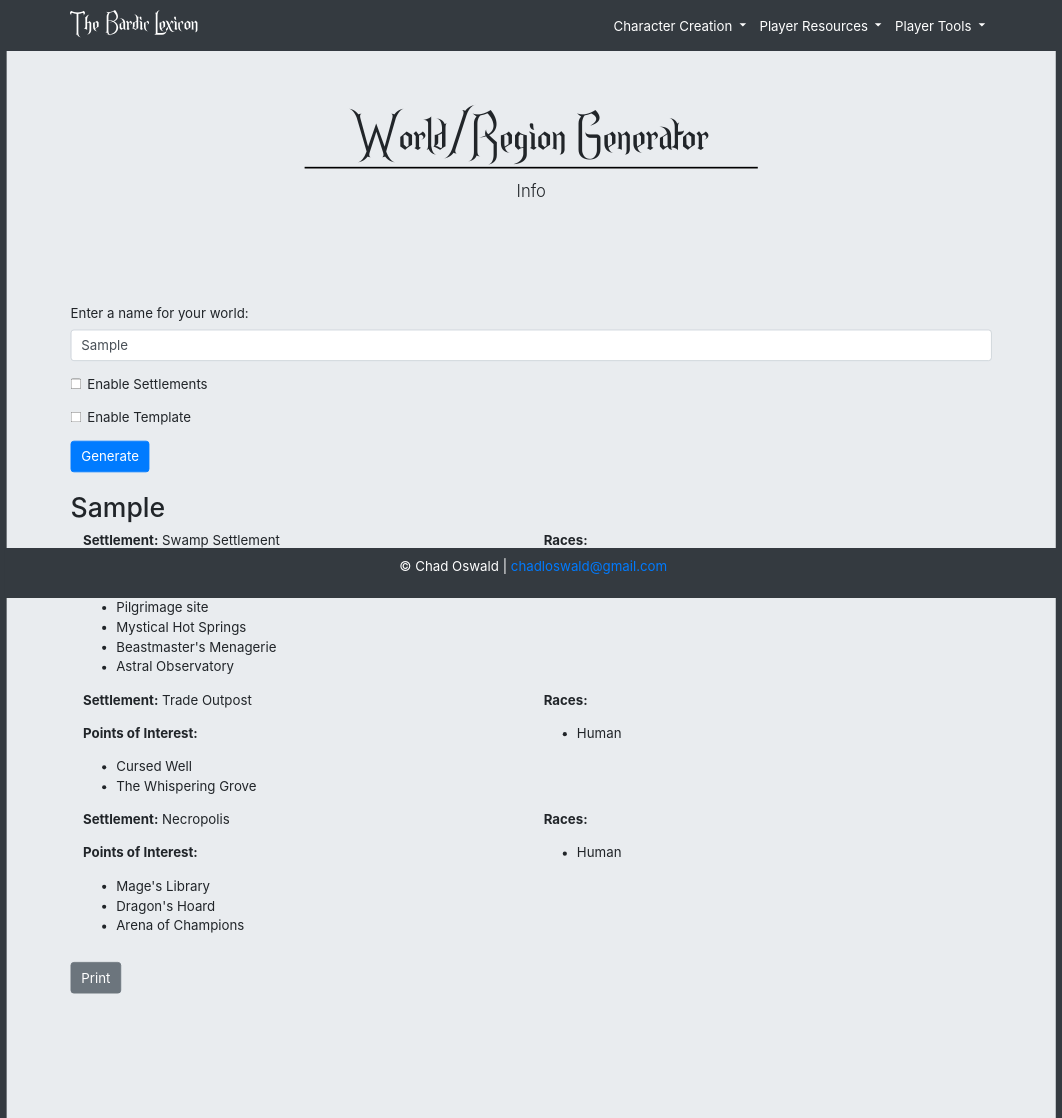
Repository: ChaidGPT/TheBardicLexicon
Page: playerTools/worldGenerator.html
The author's editor kept a copy of each file at every save. The page is drawn from the files as they stood at one save, then again after the next save.
The browser window is 1280 px wide. The pictures show the whole page, at 83% of full size.
Empty fields were first filled with sample values (such as "Sample", 5 or name@example.com).
After loading, the first visible `#worldForm` was submitted once.

Above is the page before, as saved 2024-02-05 14:21:44.

### playerTools/worldGenerator.html
<!DOCTYPE html>
<html lang="en">

<head>
  <meta charset="utf-8" />
  <meta name="viewport" content="width=device-width, initial-scale=1" />
  <title>World Generator</title>
  <link rel="stylesheet" href="https://cdn.jsdelivr.net/npm/bootstrap@4.3.1/dist/css/bootstrap.min.css"
    integrity="sha384-ggOyR0iXCbMQv3Xipma34MD+dH/1fQ784/j6cY/iJTQUOhcWr7x9JvoRxT2MZw1T" crossorigin="anonymous" />
  <link rel="stylesheet" href="../style.css" />
</head>

<body>
  <header class="header-top">
    <nav class="navbar navbar-expand-lg fixed-top">
      <div class="container">
        <a class="navbar-brand navMonsterName" href="../index.html">The Bardic Lexicon</a>
        <button class="navbar-toggler navbar-dark" type="button" data-toggle="collapse" data-target="#navbarNavDropdown"
          aria-controls="navbarNavDropdown" aria-expanded="false" aria-label="Toggle navigation">
          <span class="navbar-toggler-icon"></span>
        </button>
        <div class="collapse navbar-collapse" id="navbarNavDropdown">
          <ul class="navbar-nav ml-auto nav justify-content-end">
            <li class="nav-item dropdown">
              <a class="nav-link dropdown-toggle" href="#" id="navbarCharacter" role="button" data-toggle="dropdown"
                aria-haspopup="true" aria-expanded="false">
                Character Creation
              </a>
              <div class="dropdown-menu" aria-labelledby="navbarCharacter">
                <a class="dropdown-item" href="../playerResources/races.html">Races</a>
                <a class="dropdown-item" href="../playerResources/classes.html">Classes</a>
                <a class="dropdown-item" href="../playerResources/personality.html">Personality & Inspiration</a>
                <a class="dropdown-item" href="../playerResources/background.html">Character Backgrounds</a>
              </div>
            </li>
            <li class="nav-item dropdown">
              <a class="nav-link dropdown-toggle" href="#" id="navbarResources" role="button" data-toggle="dropdown"
                aria-haspopup="true" aria-expanded="false">
                Player Resources
              </a>
              <div class="dropdown-menu" aria-labelledby="navbarResources">
                <h6 class="dropdown-header">Items</h6>
                <a class="dropdown-item" href="../playerResources/gear.html">Adventuring Gear</a>
                <a class="dropdown-item" href="../playerResources/equipment.html">Equipment</a>
                <div class="dropdown-divider"></div>
                <h6 class="dropdown-header">Magic</h6>
                <a class="dropdown-item" href="../playerResources/spells.html">Spells</a>
                <div class="dropdown-divider"></div>
                <h6 class="dropdown-header">Inhabitants of the Realms</h6>
                <a class="dropdown-item" href="../playerResources/bestiary.html">Bestiary</a>
                <a class="dropdown-item" href="../playerResources/gods.html">Gods & Deities</a>
              </div>
            </li>
            <li class="nav-item dropdown">
              <a class="nav-link dropdown-toggle" href="#" id="navbarDropdown" role="button" data-toggle="dropdown"
                aria-haspopup="true" aria-expanded="false">
                Player Tools
              </a>
              <div class="dropdown-menu" aria-labelledby="navbarDropdown">
                <a class="dropdown-item" href="../playerTools/charSheet.html">Character Sheet</a>
                <a class="dropdown-item" href="../playerTools/dice.html">Dice Roll Generator</a>
                <div class="dropdown-divider"></div>
                <a class="dropdown-item" href="#">More</a>
              </div>
            </li>
          </ul>
        </div>
      </div>
    </nav>
  </header>

  <div class="container" id="monsterPage">
    <div class="container-fluid px-4 py-5 my-5 text-center">
      <h1 class="display-5 fw-bold contentsPageName">
        World/Region Generator
      </h1>
      <div>
        <div class="horizontal-line"></div>
        <p class="lead mb-4">Info</p>
      </div>
    </div>

    <div class="container mt-5 text-left">

      <!-- Start World Generator Form -->

      <form id="worldForm" class="mb-4">

        <!-- Start World Name Field -->
        <div class="form-group">
          <label for="worldName">Enter a name for your world:</label>
          <input type="text" class="form-control" id="worldName" autocomplete="off" required />
        </div>
        <!-- End World Name Field -->


        <!-- Start Settlement Options -->
        <div class="form-group">
          <div class="form-check">
            <input class="form-check-input" type="checkbox" id="enableSettlements" data-toggle="collapse"
              data-target="#settlementOptions" />
            <label class="form-check-label" for="enableSettlements">Enable Settlements</label>
          </div>

          <!-- Add the 'collapse' class to the following div -->
          <div id="settlementOptions" class="collapse">

            <!-- Wrap both settlement options in a common container -->
            <div class="settlement-options-container">

              <!-- Number of Settlements -->
              <div>
                <label for="settlements">Number of Settlements:</label>
                <select class="form-control" id="settlements" disabled>
                  <option value="random">Random</option>
                  <option value="1">1</option>
                  <option value="2">2</option>
                  <option value="3">3</option>
                  <option value="4">4</option>
                  <option value="5">5</option>
                  <!-- Add more options as needed -->
                </select>
              </div>

              <!-- Number of Settlement Points of Interest -->
              <div>
                <label for="settlementPOI">Number of Settlement Points of Interest:</label>
                <select class="form-control" id="settlementPOI" disabled>
                  <option value="random">Random</option>
                  <option value="0">0</option>
                  <option value="1">1</option>
                  <option value="2">2</option>
                  <option value="3">3</option>
                  <option value="4">4</option>
                  <option value="5">5</option>
                  <!-- Add more options as needed -->
                </select>
              </div>

              <div>
                <label for="races">Number of Races</label>
                <select class="form-control" id="races" disabled>
                  <option value="random">Random</option>
                  <option value="0">Uninhabited</option>
                  <option value="1">1</option>
                  <option value="2">2</option>
                  <option value="3">3</option>
                  <option value="4">4</option>
                  <option value="5">5</option>
                </select>
              </div>

            </div>
          </div>

        </div>
        <!-- End Settlement Options -->




        <!-- Start Template Options -->
        <div class="form-group">
          <div class="form-check">
            <input class="form-check-input" type="checkbox" id="enableTemplate" data-toggle="collapse"
              data-target="#templateOptions" />
            <label class="form-check-label" for="enableTemplate">Enable Template</label>
          </div>

          <div id="templateOptions" class="collapse">

            <div class="template-options-container">

              <label for="template">Number of Templates:</label>
              <select class="form-control" id="template" disabled>
                <option value="0">0</option>
                <option value="1">1</option>
                <option value="2">2</option>
                <option value="3">3</option>
                <option value="4">4</option>
                <option value="5">5</option>
                <!-- Add more options as needed -->
              </select>
            </div>

            <!-- Number of Points of Interest -->
            <div class="form-group">
              <label for="templatePOI">Number of Template Points of Interest:</label>
              <select class="form-control" id="templatePOI" disabled>
                <option value="0">0</option>
                <option value="1">1</option>
                <option value="2">2</option>
                <option value="3">3</option>
                <option value="4">4</option>
                <option value="5">5</option>
                <!-- Add more options as needed -->
              </select>
            </div>

          </div>
        </div>
        <!-- End Template Options -->

        <!-- Submit Button -->
        <button type="submit" class="btn btn-primary">Generate</button>
      </form>

      <!-- End World Generator Form -->

      <div id="generatedContent"></div>

      <div class="text-center mt-3">
        <button type="button" class="btn btn-secondary" id="printButton">
          Print
        </button>
      </div>
    </div>
  </div>

  <footer class="page-footer font-small blue fixed-bottom">
    <p>
      &copy; Chad Oswald |
      <a href="mailto:chadloswald@gmail.com">chadloswald@gmail.com</a>
    </p>
  </footer>

  <script src="https://code.jquery.com/jquery-3.3.1.slim.min.js"
    integrity="sha384-q8i/X+965DzO0rT7abK41JStQIAqVgRVzpbzo5smXKp4YfRvH+8abtTE1Pi6jizo"
    crossorigin="anonymous"></script>
  <script src="https://cdn.jsdelivr.net/npm/popper.js@1.14.7/dist/umd/popper.min.js"
    integrity="sha384-UO2eT0CpHqdSJQ6hJty5KVphtPhzWj9WO1clHTMGa3JDZwrnQq4sF86dIHNDz0W1"
    crossorigin="anonymous"></script>
  <script src="https://cdn.jsdelivr.net/npm/bootstrap@4.3.1/dist/js/bootstrap.min.js"
    integrity="sha384-JjSmVgyd0p3pXB1rRibZUAYoIIy6OrQ6VrjIEaFf/nJGzIxFDsf4x0xIM+B07jRM"
    crossorigin="anonymous"></script>
  <script src="worldGenerator.js"></script>
</body>

</html>

### playerTools/worldGenerator.js
document.addEventListener("DOMContentLoaded", function () {
  const worldForm = document.getElementById("worldForm");
  const generatedContent = document.getElementById("generatedContent");

  // Settlement Section Checkbox Functionality
  const enableSettlementsCheckbox = document.getElementById("enableSettlements");
  const settlementsSelect = document.getElementById("settlements");
  const settlementPOISelect = document.getElementById("settlementPOI");

  // Races Section Functionality
  const racesSelect = document.getElementById("races");

  enableSettlementsCheckbox.addEventListener("change", function () {
    settlementsSelect.disabled = !this.checked;
    settlementPOISelect.disabled = !this.checked;
    racesSelect.disabled = !this.checked;
  });

  // World Generator Arrays

  //   Start Settlement Arrays

  const settlements = [
    {
      name: "Small Town",
      link: "https://example.com/small_town",
    },
    {
      name: "River Town",
      link: "https://example.com/river_town",
    },
    {
      name: "Harbor Town",
      link: "https://example.com/harbor_town",
    },
    {
      name: "Trade Outpost",
      link: "https://example.com/trade_outpost",
    },
    {
      name: "Mining Town",
      link: "https://example.com/mining_town",
    },
    {
      name: "Fishing Village",
      link: "https://example.com/fishing_village",
    },
    {
      name: "Forest Encampment",
      link: "https://example.com/forest_encampment",
    },
    {
      name: "Mage's Enclave",
      link: "https://example.com/mages_enclave",
    },
    {
      name: "Monastery",
      link: "https://example.com/monastery",
    },
    {
      name: "Nomadic Camp",
      link: "https://example.com/nomadic_camp",
    },
    {
      name: "Dwarven Stronghold",
      link: "https://example.com/dwarven_stronghold",
    },
    {
      name: "Elven Treetop Village",
      link: "https://example.com/elven_treetop_village",
    },
    {
      name: "Goblin Market",
      link: "https://example.com/goblin_market",
    },
    {
      name: "Swamp Settlement",
      link: "https://example.com/swamp_settlement",
    },
    {
      name: "Orcish Encampment",
      link: "https://example.com/orcish_encampment",
    },
    {
      name: "Magical Academy",
      link: "https://example.com/magical_academy",
    },
    {
      name: "Haunted Hamlet",
      link: "https://example.com/haunted_hamlet",
    },
    {
      name: "Underground City",
      link: "https://example.com/underground_city",
    },
    {
      name: "Coastal Citadel",
      link: "https://example.com/coastal_citadel",
    },
    {
      name: "Beastman Tribe Camp",
      link: "https://example.com/beastman_tribe_camp",
    },
    {
      name: "Celestial Outpost",
      link: "https://example.com/celestial_outpost",
    },
    {
      name: "Arcane Refuge",
      link: "https://example.com/arcane_refuge",
    },
    {
      name: "Desert Oasis",
      link: "https://example.com/desert_oasis",
    },
    {
      name: "Royal Capital",
      link: "https://example.com/royal_capital",
    },
    {
      name: "Mageocracy",
      link: "https://example.com/mageocracy",
    },
    {
      name: "Merchant Metropolis",
      link: "https://example.com/merchant_metropolis",
    },
    {
      name: "Demonic Citadel",
      link: "https://example.com/demonic_citadel",
    },
    {
      name: "Dragon's Roost",
      link: "https://example.com/dragons_roost",
    },
    {
      name: "Floating City",
      link: "https://example.com/floating_city",
    },
    {
      name: "Necropolis",
      link: "https://example.com/necropolis",
    },
    {
      name: "Archipelago Metropolis",
      link: "https://example.com/archipelago_metropolis",
    },
    {
      name: "Giantkin Citadel",
      link: "https://example.com/giantkin_citadel",
    },
    {
      name: "Subterranean Metropolis",
      link: "https://example.com/subterranean_metropolis",
    },
    {
      name: "Celestial City",
      link: "https://example.com/celestial_city",
    },
    {
      name: "City of the Dead",
      link: "https://example.com/city_of_the_dead",
    },
    {
      name: "Empyreal Bastion",
      link: "https://example.com/empyreal_bastion",
    },
    {
      name: "Floating Gardens",
      link: "https://example.com/floating_gardens",
    },
    {
      name: "Elemental Conflux",
      link: "https://example.com/elemental_conflux",
    },
  ];

  const settlementPOI = [
    {
      name: "Pilgrimage site",
      link: "https://example.com/pilgrimage_site",
    },
    {
      name: "Temple to the Gods",
      link: "https://example.com/temple_to_the_gods",
    },
    {
      name: "Large sewer system",
      link: "https://example.com/large_sewer_system",
    },
    {
      name: "Mysterious Standing Stones",
      link: "https://example.com/mysterious_standing_stones",
    },
    {
      name: "Enchanted Garden",
      link: "https://example.com/enchanted_garden",
    },
    {
      name: "Arena of Champions",
      link: "https://example.com/arena_of_champions",
    },
    {
      name: "Mage's Library",
      link: "https://example.com/mages_library",
    },
    {
      name: "Haunted Manor",
      link: "https://example.com/haunted_manor",
    },
    {
      name: "Thieves' Guild Hideout",
      link: "https://example.com/thieves_guild_hideout",
    },
    {
      name: "Ancient Ruins",
      link: "https://example.com/ancient_ruins",
    },
    {
      name: "Goblin Market",
      link: "https://example.com/goblin_market",
    },
    {
      name: "Cursed Well",
      link: "https://example.com/cursed_well",
    },
    {
      name: "Wizard's Tower",
      link: "https://example.com/wizards_tower",
    },
    {
      name: "Beastmaster's Menagerie",
      link: "https://example.com/beastmasters_menagerie",
    },
    {
      name: "Enigmatic Obelisk",
      link: "https://example.com/enigmatic_obelisk",
    },
    {
      name: "Astral Observatory",
      link: "https://example.com/astral_observatory",
    },
    {
      name: "Underground Arena",
      link: "https://example.com/underground_arena",
    },
    {
      name: "Lighthouse of the Lost Souls",
      link: "https://example.com/lighthouse_of_the_lost_souls",
    },
    {
      name: "Mystical Hot Springs",
      link: "https://example.com/mystical_hot_springs",
    },
    {
      name: "World Renowned Bakery",
      link: "https://example.com/world_renowned_bakery",
    },
    {
      name: "Sorcerer's Market",
      link: "https://example.com/sorcerers_market",
    },
    {
      name: "The Whispering Grove",
      link: "https://example.com/whispering_grove",
    },
    {
      name: "Dragon's Hoard",
      link: "https://example.com/dragons_hoard",
    },
    {
      name: "Clockwork Workshop",
      link: "https://example.com/clockwork_workshop",
    },
    {
      name: "Feywild Portal",
      link: "https://example.com/feywild_portal",
    },
  ];

  const races = [
    {
      name: "Human",
      link: "https://example.com/human",
    },
    {
      name: "Elf",
      link: "https://example.com/elf",
    },
    {
      name: "Dwarf",
      link: "https://example.com/dwarf",
    },
  ];

  //   End Settlement Arrays

  // Start Template Arrays

  const template = [
    {
      name: "T1111",
      link: "https://example.com/",
    },
    {
      name: "T2222",
      link: "https://example.com/",
    },
    {
      name: "T3333",
      link: "https://example.com/",
    },
    {
      name: "T4444",
      link: "https://example.com/",
    },
    {
      name: "T5555",
      link: "https://example.com/",
    },
    {
      name: "T6666",
      link: "https://example.com/",
    },
    {
      name: "T7777",
      link: "https://example.com/",
    },
    {
      name: "T8888",
      link: "https://example.com/",
    },
  ];

  const templatePOI = [
    {
      name: "t1111",
      link: "https://example.com/",
    },
    {
      name: "t2222",
      link: "https://example.com/",
    },
    {
      name: "t3333",
      link: "https://example.com/",
    },
    {
      name: "t4444",
      link: "https://example.com/",
    },
    {
      name: "t5555",
      link: "https://example.com/",
    },
    {
      name: "t6666",
      link: "https://example.com/",
    },
    {
      name: "t7777",
      link: "https://example.com/",
    },
    {
      name: "t8888",
      link: "https://example.com/",
    },
  ];

  // End Template Arrays

  function getRandomElements(array, count) {
    const shuffledArray = array.slice().sort(() => 0.5 - Math.random());
    return shuffledArray.slice(0, count);
  }

  worldForm.addEventListener("submit", function (event) {
    event.preventDefault();

    const worldName = document.getElementById("worldName").value;
    const settlementsCountInput = document.getElementById("settlements");
    let settlementsCount;

    if (settlementsCountInput.value === "random") {
      settlementsCount = Math.floor(Math.random() * 5) + 1;
    } else {
      settlementsCount = parseInt(settlementsCountInput.value);
    }

    const settlementPOICountInput = document.getElementById("settlementPOI");
    let settlementPOICount;

    if (settlementPOICountInput.value === "random") {
      settlementPOICount = "random";
    } else {
      settlementPOICount = parseInt(settlementPOICountInput.value);
    }

    const racesCountInput = document.getElementById("races");
    let racesCount;

    if (racesCountInput.value === "random") {
      racesCount = "random";
    } else {
      racesCount = parseInt(racesCountInput.value);
    }

    const selectedRaces = getRandomElements(races, racesCount);
    const selectedSettlements = getRandomElements(settlements, settlementsCount);

    let content = `<h2>${worldName}</h2>`;

    if (settlementsCount > 0) {
      content += `<div class="container">`;

      for (let i = 0; i < settlementsCount; i++) {
        const selectedSettlement = getRandomElements(settlements, 1)[0];

        let settlementPOICountForSettlement;
        if (settlementPOICount === "random") {
          settlementPOICountForSettlement = Math.floor(Math.random() * 5) + 1;
        } else {
          settlementPOICountForSettlement = settlementPOICount;
        }

        const selectedSettlementPOI = getRandomElements(
          settlementPOI,
          settlementPOICountForSettlement
        );

        const selectedRacesForSettlement =
          racesCount !== "random" ? getRandomElements(races, racesCount) : getRandomElements(races, 1);

        content += `
          <div class="row">
            <div class="col-md-6">
              <p><strong>Settlement:</strong> ${selectedSettlement.name}</p>
              <p><strong>Points of Interest:</strong></p><ul>`;

        content += selectedSettlementPOI
          .map((item) => `<li>${item.name}</li>`)
          .join("");

        content += `</ul>
            </div>
            <div class="col-md-6">
              <p><strong>Races:</strong></p><ul>`;

        content += selectedRacesForSettlement
          .map((race) => `<li>${race.name}</li>`)
          .join("");

        content += `</ul>
            </div>
          </div>`;
      }

      content += `</div>`;
      generatedContent.innerHTML = content;

      const printButton = document.getElementById("printButton");
      printButton.style.display = "block";
    }
  });
});

Loaded but not shown: style.css (372 lines, source omitted)

After the next save:
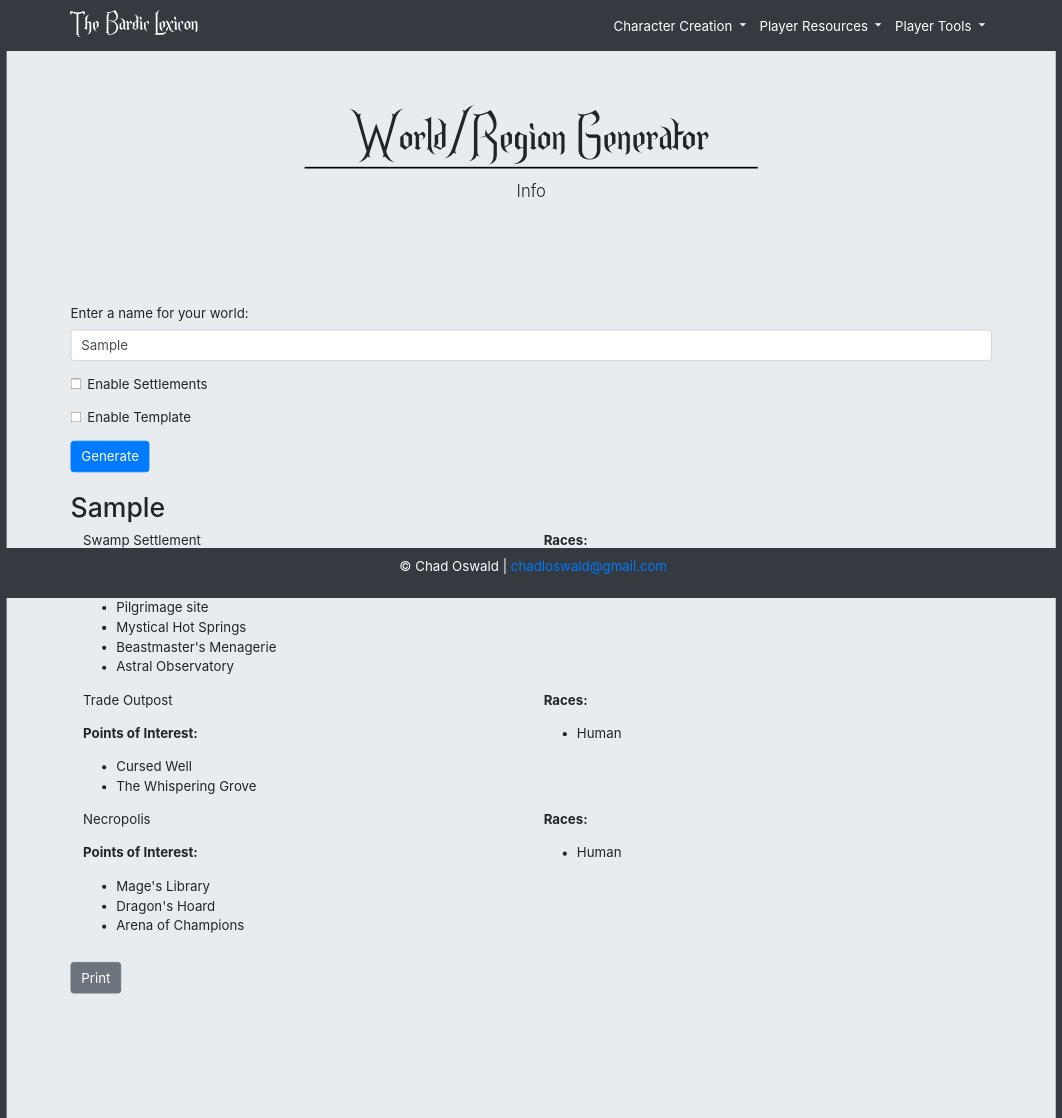
Saved 67 s later.
--- a/playerTools/worldGenerator.js
+++ b/playerTools/worldGenerator.js
@@ -434,7 +434,7 @@ document.addEventListener("DOMContentLoaded", function () {
         content += `
           <div class="row">
             <div class="col-md-6">
-              <p><strong>Settlement:</strong> ${selectedSettlement.name}</p>
+              ${selectedSettlement.name}</p>
               <p><strong>Points of Interest:</strong></p><ul>`;
 
         content += selectedSettlementPOI
